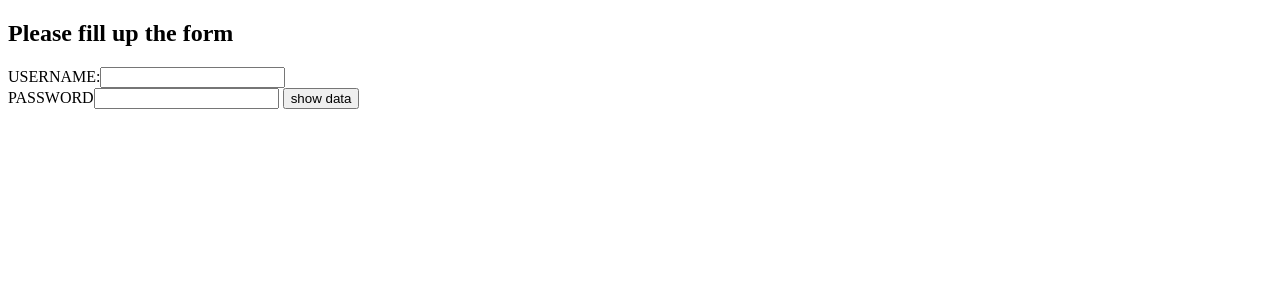
Repository: ShashantNagpure/AllProjects
Page: MyApplication/WebContent/form.html
These files come from the project's save history. The page is drawn as it stood at one moment and after the next save; the edit follows.
The browser window is 1280 px wide. The pictures show the whole page.

Above is the page before, as saved 2018-09-18 03:52:05.

### MyApplication/WebContent/form.html
<!DOCTYPE html>
<html>
<head>
<meta charset="ISO-8859-1">
<title>Insert title here</title>
</head>
<body>
<H2>Please fill up the form</H2>
<form action="mydata" method="post">
USERNAME:<input type="text" name="username"><br>
PASSWORD<input type="text" name="password">
<input type="submit" value="show data">
</form>
</body>
</html>

After the next save:
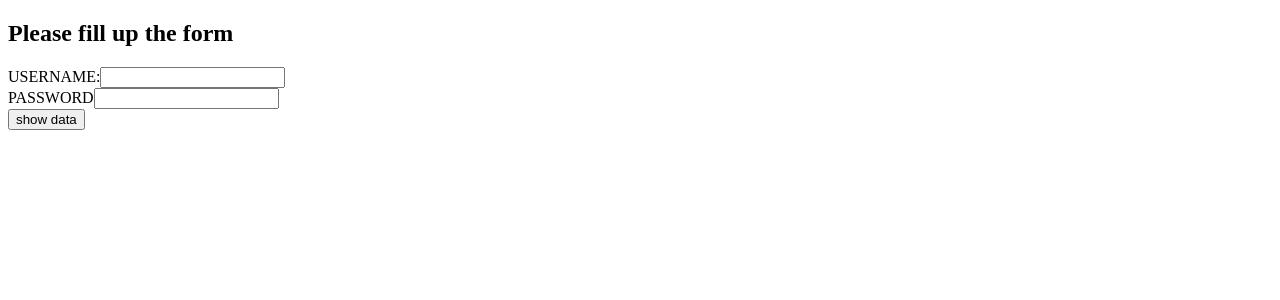
Saved 5 s later.
--- a/MyApplication/WebContent/form.html
+++ b/MyApplication/WebContent/form.html
@@ -8,7 +8,7 @@
 <H2>Please fill up the form</H2>
 <form action="mydata" method="post">
 USERNAME:<input type="text" name="username"><br>
-PASSWORD<input type="text" name="password">
+PASSWORD<input type="text" name="password"><br>
 <input type="submit" value="show data">
 </form>
 </body>
